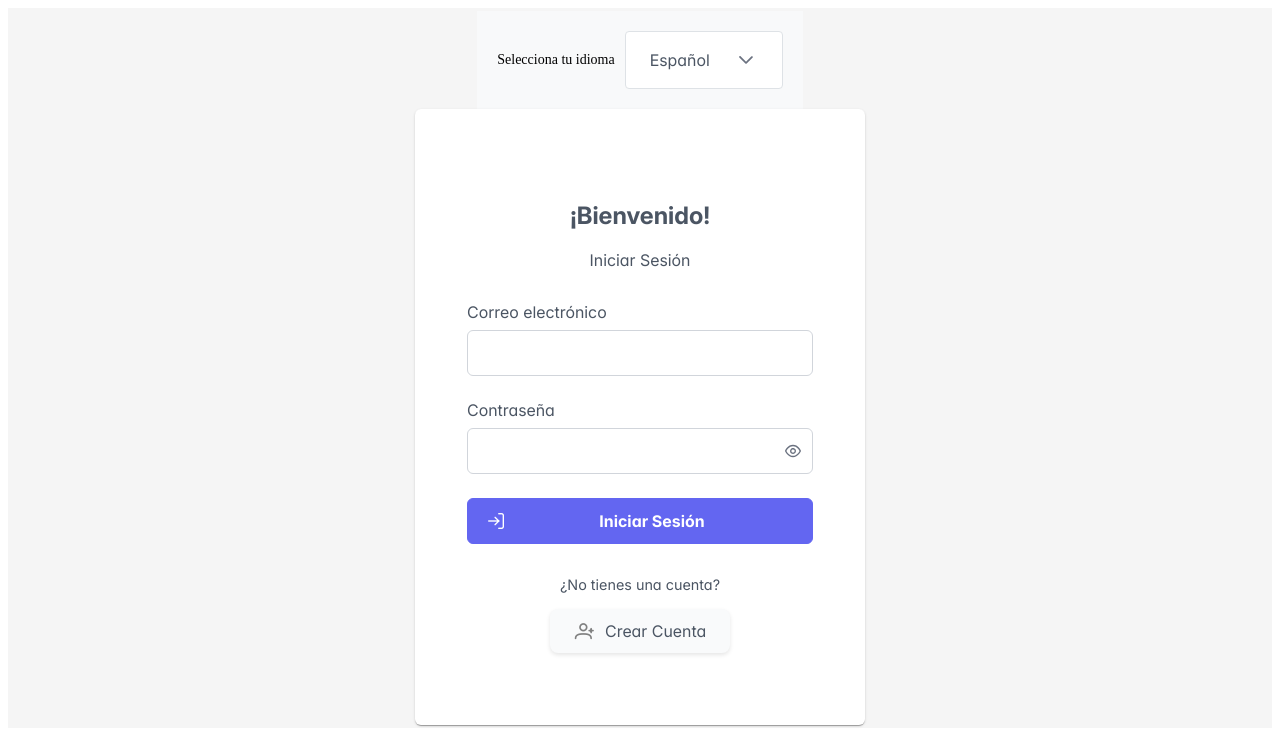
Repository: nder1996/Info_Colombia
Page: / (app in fronted/gestion-tareas/)
The author's editor kept a copy of each file at every save. The page is drawn from the files as they stood at one save, then again after the next save.
The browser window is 1280 px wide. The pictures show the whole page.
The project was rebuilt for these pictures with package versions that can differ from the ones it lists, and the page was loaded fresh each time. Also part of the build but not shown: fronted/gestion-tareas/src/routes/ProtectedRoute.tsx, fronted/gestion-tareas/src/components/gestion-tareas/GestionTareas.css, fronted/gestion-tareas/src/services/GestionTareasService.ts, fronted/gestion-tareas/src/services/SummaryServices.ts, fronted/gestion-tareas/src/services/UsuarioService.ts, fronted/gestion-tareas/src/services/WebSocketService.ts, fronted/gestion-tareas/src/hooks/useNotifications.ts, fronted/gestion-tareas/src/components/gestion-tareas/GestionTareas.tsx and 1 more.

Above is the page before, as saved 2025-02-24 03:11:42.

### fronted/gestion-tareas/src/index.css
.App {
  display: flex;
  justify-content: center;
  align-items: center;
  height: 100vh !important;
  width: 100% !important;
  background-color: #f5f5f5;
  padding: 0 !important;
  /*border:1px solid red !important;*/
  /* You can add more styles as needed */
}

### fronted/gestion-tareas/src/App.tsx
import React, { useRef } from 'react';
import { BrowserRouter } from 'react-router-dom';
import './App.css';
import AppRoutes from './routes/AppRoutes';
import useAuthStore from './store/auth/useAuthStore';
import './services/InterceptorAuth';
import { ToastProvider } from './context/ToastContext';

import "primereact/resources/themes/lara-light-indigo/theme.css";
import "primereact/resources/primereact.min.css";
import "primeicons/primeicons.css";
import { LanguageProvider } from './context/LanguageContext';



function App() {
  const auth = useAuthStore((state) => state.Auth)
  return (
    <ToastProvider>
      <LanguageProvider>
        <div className="App">
          <BrowserRouter>
            <AppRoutes />
          </BrowserRouter>
        </div>
      </LanguageProvider>
    </ToastProvider>
  );
}

export default App;

### fronted/gestion-tareas/src/App.css
@import "primereact/resources/themes/lara-light-indigo/theme.css";
@import "primereact/resources/primereact.min.css";
@import "primeicons/primeicons.css";

### fronted/gestion-tareas/src/routes/AppRoutes.tsx
import React from "react";
import { Routes, Route, Navigate } from "react-router-dom";
import ProtectedRoute from "./ProtectedRoute";
import useAuthStore from "../store/auth/useAuthStore";
import GestionTareas from "src/components/gestion-tareas/GestionTareas";
import InicioSession from "src/components/InicioSession/InicioSession";
import Registrarse from "src/components/Registrarse/Registrarse";

const AppRoutes: React.FC = () => {
  const auth = useAuthStore((state) => state.Auth);

  return (
    <Routes>
      <Route path="/login" element={<InicioSession />} />
      <Route path="/Registro" element={<Registrarse />} />

      {/* Agrupar rutas protegidas dentro de ProtectedRoute */}
      <Route element={<ProtectedRoute />}>
        <Route path="/GestionTareas" element={<GestionTareas />} />
      </Route>

      {/* Redirigir a login si no hay ruta válida */}

       <Route path="*" element={<Navigate to={auth.isAuthenticated ? "/GestionTareas" : "/login"} replace />} />
    </Routes>
  );
};

export default AppRoutes;

### fronted/gestion-tareas/src/store/auth/useAuthStore.ts
import { AuthService } from 'src/services/AuthService';
import { create } from 'zustand'

type AuthState = { Auth: { token: string | null ; isAuthenticated: boolean |null ; username:string | null } }

type AuthStateStoreActions = {
  setAuth: (nextAuth: AuthState['Auth']) => void
}

type AuthStore = AuthState & AuthStateStoreActions;

const useAuthStore = create<AuthStore>()((set) => ({
  Auth: AuthService.getInfoSession() || {
    token: null,
    isAuthenticated: false,
    username: null
  },
  setAuth: (nextAuth) => set({ Auth: nextAuth })
}));

export default useAuthStore;




//export default useAuthStore;

### fronted/gestion-tareas/src/services/InterceptorAuth.ts
import axios from 'axios';
import { AuthService } from './AuthService';

const InterceptorAuth = {
  usuario: axios.create({
    baseURL: 'http://localhost:8700/api/usuario'
  }),
  summary: axios.create({
    baseURL: 'http://localhost:8700/api/summary/'
  }),
  tarea: axios.create({
    baseURL: 'http://localhost:8700/api/tarea/'
  })
};

Object.values(InterceptorAuth).forEach(api => {
  api.interceptors.request.use(
    (config) => {
      const token = AuthService.getToken()?.replace(/"/g, '');
      if (token) {
        config.headers.Authorization = `Bearer ${token}`;
      }
      //console.log("se le agrego el token a la peticion: " + config.url+"  token "+config.headers.Authorization);
      return config;
    },
    (error) => Promise.reject(error)
  );

  api.interceptors.response.use(
    (response) => response,
    (error) => {
      if (error.response?.status !== 200 && error.response?.status !== 201) {
        AuthService.logout();
        window.location.href = '/login';
      }
      return Promise.reject(error);
    }
  );
});

export default InterceptorAuth;

### fronted/gestion-tareas/src/context/ToastContext.tsx
import { createContext, useContext, useRef } from 'react';
import { Toast } from 'primereact/toast';


interface ToastService {
    mostrarExito: (titulo: string, detalle?: string) => void;
    mostrarError: (titulo: string, detalle?: string) => void;
    mostrarInfo: (titulo: string, detalle?: string) => void;
    mostrarAdvertencia: (titulo: string, detalle?: string) => void;
}

const ToastContext = createContext<ToastService>({} as ToastService);

export const ToastProvider = ({ children }: { children: React.ReactNode }) => {
    const toast = useRef<Toast>(null);

    const mostrarExito = (titulo: string, detalle?: string) => {
        toast.current?.show({
            severity: 'success',
            summary: titulo,
            detail: detalle,
            life: 3000
        });
    };

    const mostrarError = (titulo: string, detalle?: string) => {
        toast.current?.show({
            severity: 'error',
            summary: titulo,
            detail: detalle,
            life: 5000
        });
    };

    const mostrarInfo = (titulo: string, detalle?: string) => {
        toast.current?.show({
            severity: 'info',
            summary: titulo,
            detail: detalle,
            life: 3000
        });
    };

    const mostrarAdvertencia = (titulo: string, detalle?: string) => {
        toast.current?.show({
            severity: 'warn',
            summary: titulo,
            detail: detalle,
            life: 4000
        });
    };

    return (
        <ToastContext.Provider value={{ mostrarExito, mostrarError, mostrarInfo, mostrarAdvertencia }}>
            <Toast ref={toast} position="top-right" />
            {children}
        </ToastContext.Provider>
    );
};

export const useToast = () => useContext(ToastContext);

### fronted/gestion-tareas/src/context/LanguageContext.tsx
import React, { createContext, useContext, useState } from 'react';
import { traducciones } from 'src/i18n/traducciones';
import { Language, ITranslations } from 'src/i18n/types';

interface LanguageContextType {
  language: Language;
  t: ITranslations;
  changeLanguage: (lang: Language) => void;
}

const LanguageContext = createContext<LanguageContextType>({} as LanguageContextType);

export const LanguageProvider = ({ children }: { children: React.ReactNode }) => {
  const [language, setLanguage] = useState<Language>('es');

  const changeLanguage = (lang: Language) => {
    setLanguage(lang);
  };

  const value = {
    language,
    t: traducciones[language],
    changeLanguage
  };

  return (
    <LanguageContext.Provider value={value}>
      {children}
    </LanguageContext.Provider>
  );
};



export const useLanguage = () => {
  const context = useContext(LanguageContext);
  if (!context) {
    throw new Error('useLanguage must be used within a LanguageProvider');
  }
  return context;
};

### fronted/gestion-tareas/src/components/InicioSession/InicioSession.tsx
import React, { useRef, useState } from 'react';
import './InicioSession.css';
import 'primereact/resources/themes/saga-blue/theme.css';
import 'primereact/resources/primereact.min.css';
import 'primeicons/primeicons.css';


import { Card } from 'primereact/card';
import { InputText } from 'primereact/inputtext';
import { Button } from 'primereact/button';
import { Toast } from 'primereact/toast';
import { useForm } from 'react-hook-form';
import { yupResolver } from '@hookform/resolvers/yup';
import * as yup from 'yup';
import { SesionServices } from 'src/services/SesionServices';
import useAuthStore from 'src/store/auth/useAuthStore';
import { Navigate, useNavigate } from 'react-router-dom';
import { setTimeout } from 'timers/promises';
import { AuthService } from 'src/services/AuthService';
import { Divider } from 'primereact/divider';
import { Password } from 'primereact/password';
import { useToast } from 'src/context/ToastContext';
import NavbarIdioma from '../navbar-idioma/navbar-idioma';
import { useLanguage } from 'src/context/LanguageContext';
import { traducciones } from 'src/i18n/traducciones';
import { Language } from 'src/i18n/types';



interface FormInputs {
  username: string;
  password: string;
}


const createValidationSchema = (t: typeof traducciones, language: Language) => yup.object({
  username: yup
    .string()
    .required(t[language].autenticacion.emailRequerido)
    .email(t[language].autenticacion.emailValido),
  password: yup
    .string()
    .required(t[language].autenticacion.contrasenaRequerida)
});

const InicioSession = () => {
  const [isLoading, setIsLoading] = useState(false);
  const setUseAuthState = useAuthStore((state) => state.setAuth);
  const Auth = useAuthStore((state) => state.Auth);
  const navigate = useNavigate();
  const { mostrarExito, mostrarError } = useToast();
  const { language } = useLanguage();
  const texts = traducciones[language].autenticacion;
  const schema = createValidationSchema(traducciones, language);

  const { register, handleSubmit, formState: { errors } } = useForm<FormInputs>({
    resolver: yupResolver(schema)
  });

  const onSubmit = async (data: FormInputs) => {
    try {
      setIsLoading(true);
      await SesionServices.login(data.username, data.password);
      const token = AuthService.getToken();
      if (!token || token.trim() === "") {
        mostrarError('Error', 'Usuario o contraseña inválidos');
        return;
      }
      setIsLoading(false);
      setUseAuthState({
        token: token,
        isAuthenticated: true,
        username: data.username
      });
      mostrarExito('¡Bienvenido!', `Bienvenido ${data.username}`);
    } catch (error: any) {
      mostrarError('Error', 'Error al procesar el inicio de sesión');
    }
  };



  if (Auth.isAuthenticated) {
    return <Navigate to="/GestionTareas" />;
  }

  function setValue(arg0: string, value: string): void {
    throw new Error('Function not implemented.');
  }

  return (
    <div className="login-container">
      <NavbarIdioma></NavbarIdioma>
      <Card className="login-card">
        <div className="login-header">
        <h2>{texts.bienvenido}</h2>
        <p>{texts.iniciarSesion}</p>
        </div>
        <form onSubmit={handleSubmit(onSubmit)} className="p-fluid form-inicio">
          <div className="field">
            <label>{texts.correo}</label>
            <InputText
              {...register('username')}
              className={errors.username ? 'p-invalid' : ''}
              onChange={(e) => setValue('username', e.target.value)}
            />
            {errors.username && (
              <p className="p-error">{errors.username.message}</p>
            )}
          </div>

          <div className="field">
            <label>{texts.contrasena}</label>
            <Password
              {...register('password')}
              className={errors.password ? 'p-invalid' : ''}
              onChange={(e) => setValue('password', e.target.value)}
              feedback={false}
              toggleMask
            />
              {errors.password && (
              <small className="p-error">{errors.password.message}</small>
            )}
          </div>
          <Button
            type="submit"
            label={isLoading ? 'Iniciando sesión...' : 'Iniciar Sesión'}
            icon={isLoading ? 'pi pi-spinner pi-spin' : 'pi pi-sign-in'}
          />
        </form>
        <div className="register-section">
          <p className="register-text">{texts.noTienesCuenta}</p>
          <a className="register-link" onClick={() => navigate('/registro')}>
            <i className="pi pi-user-plus register-icon" />
            <span>{texts.crearCuenta}</span>
          </a>
        </div>
      </Card>

    </div>
  );
};

export default InicioSession;

### fronted/gestion-tareas/src/services/AuthService.ts
import useAuthStore from 'src/store/auth/useAuthStore';
import { create } from 'zustand';
import { LocalStarogeService } from './LocalStorageService';



export interface AuthData {
  token: string | null;
  isAuthenticated: boolean | null;
  username: string | null;
}


 export class AuthService {

  static saveToken(auth: AuthData) {
    LocalStarogeService.save('authToken', JSON.stringify(auth));
  }

  static getToken(): string {
    const authData = JSON.parse(LocalStarogeService.get('authToken') || "") ;
    return authData.token || '';
  }

  static getInfoSession(): AuthData {
    try {
      const session = LocalStarogeService.get('authToken');
      if (!session || typeof session !== 'string') {
        return { token: '', isAuthenticated: false, username: '' };
      }
      const parsed = JSON.parse(session) as AuthData;
      return parsed;
    } catch {
      return { token: '', isAuthenticated: false, username: '' };
    }
  }
  static isAuthenticated(): boolean {
    return !!this.getToken();
  }

  static logout(): void {
    localStorage.removeItem('authToken');
    //useAuthStore.getState().clearAuth();
  }

  static getAuthHeader() {
    const token = this.getToken()?.replace(/"/g, '');
    return token ? { Authorization: `Bearer ${token}` } : {};
  }
}

### fronted/gestion-tareas/src/components/InicioSession/InicioSession.css
.login-container {
  display: flex;
  justify-content: center;
  align-items: center;
  flex-direction: column !important;
  min-height: 100vh;
  padding: 0 !important;
  margin: 0 !important;
}



.login-header {
  text-align: center;
  margin-bottom: 2rem;
}

.form-inicio {
  display: flex;
  flex-direction: column;
  gap: 1.5rem;
}

.field {
  display: flex;
  flex-direction: column;
  gap: 0.5rem;
}

.register-section {
  margin-top: 2rem;
  text-align: center;
 }

 .register-link {
  display: inline-flex;
  align-items: center;
  gap: 0.75rem;
  padding: 0.75rem 1.5rem;
  border-radius: 8px;
  background: var(--surface-50);
  transition: all 0.2s ease;
  box-shadow: 0 2px 4px rgba(0,0,0,0.1);
  cursor: pointer !important;
 }

 .register-link:hover {
  background: var(--surface-100);
  transform: translateY(-2px);
  box-shadow: 0 4px 8px rgba(0,0,0,0.15);
 }

 .register-icon {
  color: grey;
  font-size: 1.2rem;
 }

 .register-text {
  font-size: 0.9rem;
  color: var(--text-color);
  margin-bottom: 1rem;
 }

 .login-container {
  display: flex;
  flex-direction: column;
  min-height: 100vh;
}

.login-card {
  margin: 0;
  width: 100%;
  width: 450px;
  padding: 2rem;
}


.navbar-idioma {
  width: 100%;
  padding: 1rem;
}

### fronted/gestion-tareas/src/services/SesionServices.ts
import axios from "axios";
import { AuthData, AuthService } from "./AuthService";
import { LocalStarogeService } from "./LocalStorageService";
import { ApiResponse } from "src/models/ApiResponse";



export interface usuarioRegister {
    id: number;
    nombre: string;
    email: string;
    password: string;
}
export class SesionServices  {
    private static readonly baseUrl = 'http://localhost:8700/api/auth';


    public static async login(username: string, password: string): Promise<void> {
        try {
            const response = await axios.post(`${this.baseUrl}/login`, {
                username,
                password
            });

            const token = response.data.token;
            const authData: AuthData = {
                token: token,
                username: username,
                isAuthenticated: true
            };

            AuthService.saveToken(authData);
        } catch (error) {
            console.error('Login failed:', error);
            throw error;
        }
    }

    public static async registre(user: usuarioRegister): Promise<ApiResponse<string>> {
        try {
            const response = await axios.post(`${this.baseUrl}/register`, user);
            return response.data;
        } catch (error) {
            console.error('Login failed:', error);
            throw error;
        }
    }


}

### fronted/gestion-tareas/src/components/navbar-idioma/navbar-idioma.tsx
import { Dropdown } from 'primereact/dropdown';
import { useLanguage } from "src/context/LanguageContext";
import { Language } from "src/i18n/types";

const NavbarIdioma = () => {
  const { language, changeLanguage } = useLanguage();

  const options = [
    { label: 'Español', value: 'es' as Language },
    { label: 'English', value: 'en' as Language }
  ];

  return (
    <div style={{
      display: 'flex',
      justifyContent: 'center',
      backgroundColor: '#f8f9fa',
      padding: '20px'
    }}>
      <div style={{
        display: 'flex',
        alignItems: 'center',
        gap: '10px'
      }}>
        <span style={{
          fontSize: '14px',
          color: '#000'
        }}>Selecciona tu idioma</span>
        <Dropdown
          value={language}
          options={options}
          onChange={(e) => changeLanguage(e.value)}
          style={{
            minWidth: '120px',
            borderRadius: '4px',
            border: '1px solid #dee2e6',
            padding: '6px 12px'
          }}
        />
      </div>
    </div>
  );
};

export default NavbarIdioma;

### fronted/gestion-tareas/src/components/Registrarse/Registrarse.css
.auth-container {
  display: flex;
  justify-content: center;
  align-items: center;
  min-height: 100vh;
  background: linear-gradient(135deg, #f6f7fb 0%, #f0f2f7 100%);
  padding: 20px;
  width: 100%;
}

.auth-card {
  background: white;
  padding: 2.5rem;
  border-radius: 16px;
  width: 100%;
  max-width: 450px;
  box-shadow: 0 10px 25px rgba(0, 0, 0, 0.05);
}

.auth-header {
  text-align: center;
  margin-bottom: 2.8rem;
}

.auth-header h2 {
  color: #2d3748;
  font-size: 1.875rem;
  font-weight: 600;
  margin-bottom: 0.5rem;
}

.auth-header p {
  color: #718096;
  font-size: 0.95rem;
}

.auth-form {
  display: flex;
  flex-direction: column;
  gap: 2.5rem;
}

.form-group {
  position: relative;
}

.form-input {
  width: 100% !important;
  padding: 1rem !important;
  border: 1px solid #e2e8f0 !important;
  border-radius: 10px !important;
  background: #f8fafc !important;
  transition: all 0.3s ease !important;


  /*margin-top: 1rem !important;*/
}

.form-input:hover {
  background: #fff !important;
  border-color: #cbd5e1 !important;
}

.form-input:focus {
  background: #fff !important;
  border-color: #3b82f6 !important;
  box-shadow: 0 0 0 3px rgba(59, 130, 246, 0.1) !important;
}

.p-float-label {
  /*display: block;*/
}

.p-float-label label {
  background: transparent !important;
  color: #64748b !important;
  font-size: 0.875rem !important;
}

/*.p-float-label input:focus ~ label,
.p-float-label input.p-filled ~ label {
  transform: translateY(-1.5rem) scale(0.85) !important;
  color: #3b82f6 !important;
}*/

.p-password {
  width: 100% !important;
}

.p-password-input {
  width: 100% !important;
}

.table-cell {
  text-align: center;
}

.table-header {
  text-align: center;
}

/* Para centrar verticalmente también */
.table-cell, .table-header {
  vertical-align: middle;
}

### fronted/gestion-tareas/src/services/localStorageService.ts
export class LocalStarogeService{


  public static save(key: string, value: any): void {
    try {
      const serializedValue = JSON.stringify(value);
      localStorage.setItem(key, serializedValue);
    } catch (error) {
      console.error('Error saving to localStorage:', error);
    }
  }



  public static get<T>(key: string, defaultValue: T | null = null): T | null {
    try {
      const item = localStorage.getItem(key);
      return item ? JSON.parse(item) : defaultValue;
    } catch (error) {
      console.error('Error retrieving from localStorage:', error);
      return defaultValue;
    }
  }



  public static remove(key: string): void {
    try {
      localStorage.removeItem(key);
    } catch (error) {
      console.error('Error removing from localStorage:', error);
    }
  }


  public static exists(key: string): boolean {
    return localStorage.getItem(key) !== null;
  }


  public static clear(): void {
    try {
      localStorage.clear();
    } catch (error) {
      console.error('Error clearing localStorage:', error);
    }
  }


  public static update(key: string, value: any): void {
    try {
      const existingValue = this.get(key, {});
      const updatedValue = { ...existingValue, ...value };
      this.save(key, updatedValue);
    } catch (error) {
      console.error('Error updating localStorage:', error);
    }
  }


  public static getAllKeys(): string[] {
    const keys: string[] = [];
    for (let i = 0; i < localStorage.length; i++) {
      const key = localStorage.key(i);
      if (key) {
        keys.push(key);
      }
    }
    return keys;
  }
}

Loaded but not shown: fronted/gestion-tareas/public/index.html (common file); fronted/gestion-tareas/src/index.js (common file); fronted/gestion-tareas/src/reportWebVitals.js (common file); fronted/gestion-tareas/src/i18n/traducciones.ts (164 lines, source omitted)

After the next save:
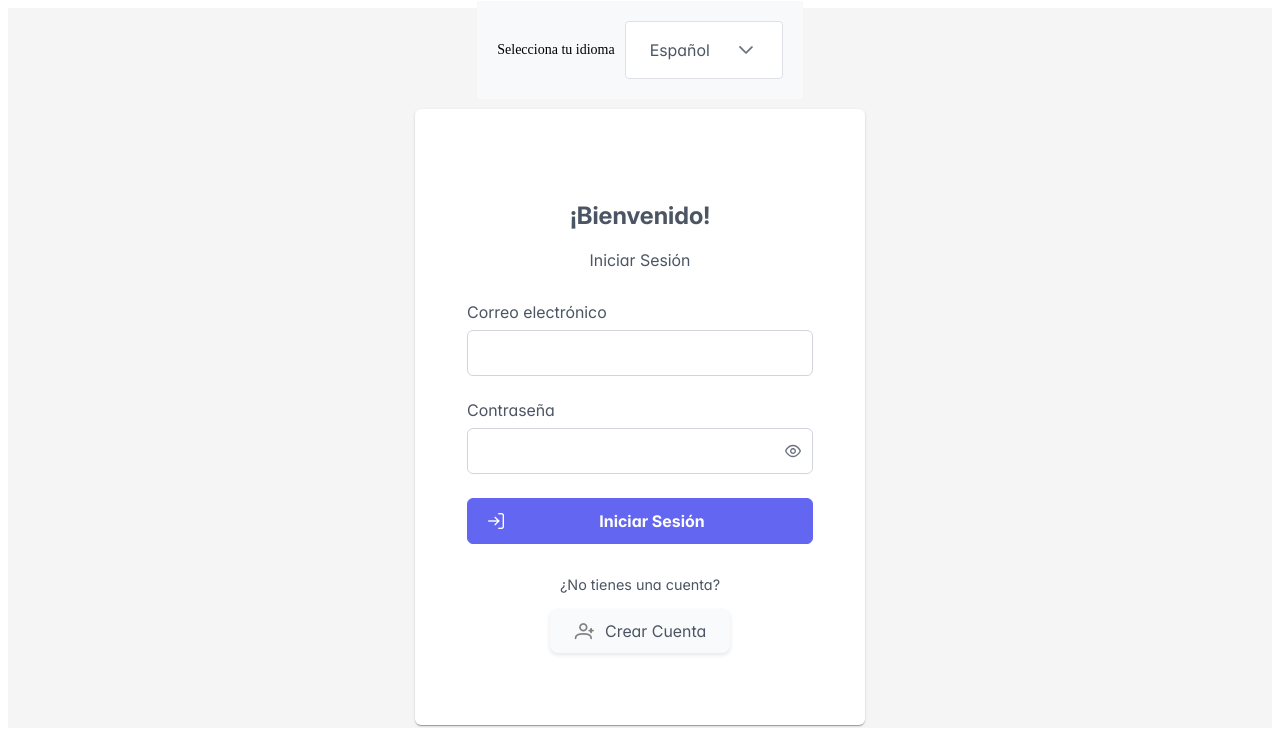
Saved 5 s later.
--- a/fronted/gestion-tareas/src/components/InicioSession/InicioSession.css
+++ b/fronted/gestion-tareas/src/components/InicioSession/InicioSession.css
@@ -68,7 +68,7 @@
 }
 
 .login-card {
-  margin: 0;
+  margin: 10px;
   width: 100%;
   width: 450px;
   padding: 2rem;
